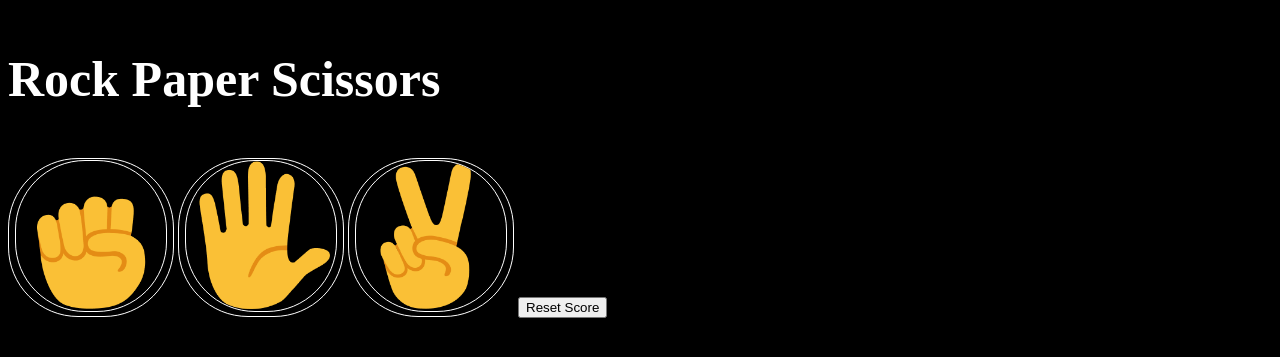
Repository: pgyunknown/Rock_paper_scissors-
Page: index.html
An editor plug-in stored every save of this project. The page is shown before and after the next save, followed by the edit.
The browser window is 1280 px wide. The pictures show the whole page.

Above is the page before, as saved 2024-08-30 17:05:21.

### index.html

<!DOCTYPE html>
<html>
  <head>
    <title>Rock Paper Scissors</title>
    <link rel="stylesheet" href="index.css">
  </head>
  <body>
    <p class="title">Rock Paper Scissors</p>
    <button onclick="
      playGame('rock');
    "class="emoji"><img src="images/rock-emoji.png" alt=""></button>

    <button onclick="
      playGame('paper');
    " class="emoji"><img src="images/paper-emoji.png" alt=""></button>

    <button onclick="
      playGame('scissors');
    " class="emoji"><img src="images/scissors-emoji.png" alt=""></button>

    <button onclick="
      score.wins = 0;
      score.losses = 0;
      score.ties = 0;
      localStorage.removeItem('score');
    ">Reset Score</button>

    <script src="index.js">

    </script>
  </body>
</html>

### index.css
body{
  background-color: black;
  color: white;
}
.title{
  font-size: 50px;
  font-weight: bold;
}

button img{
  height: 150px;
  width: 150px;
  background-color: black;
  border: 1px solid white;
  border-radius: 70px;
}
.emoji{
  background-color: black;
  border: none;
    border: 1px solid white;
  border-radius: 70px;
}

### index.js
      let score = JSON.parse(localStorage.getItem('score')) || {
        wins: 0,
        losses: 0,
        ties: 0
      };

      function pickComputerMove() {
        const randomNumber = Math.random();

        let computerMove = '';

        if (randomNumber >= 0 && randomNumber < 1 / 3) {
          computerMove = 'rock';
        } else if (randomNumber >= 1 / 3 && randomNumber < 2 / 3) {
          computerMove = 'paper';
        } else if (randomNumber >= 2 / 3 && randomNumber < 1) {
          computerMove = 'scissors';
      }

        return computerMove;
      }
      function playGame(playerMove) {
        const computerMove = pickComputerMove();

        let result = '';

        if (playerMove === 'scissors') {
          if (computerMove === 'rock') {
            result = 'You lose.';
          } else if (computerMove === 'paper') {
            result = 'You win.';
          } else if (computerMove === 'scissors') {
            result = 'Tie.';
          }

        } else if (playerMove === 'paper') {
          if (computerMove === 'rock') {
            result = 'You win.';
          } else if (computerMove === 'paper') {
            result = 'Tie.';
          } else if (computerMove === 'scissors') {
            result = 'You lose.';
          }

        } else if (playerMove === 'rock') {
          if (computerMove === 'rock') {
            result = 'Tie.';
          } else if (computerMove === 'paper') {
            result = 'You lose.';
          } else if (computerMove === 'scissors') {
            result = 'You win.';
          }
        }

        if (result === 'You win.') {
          score.wins += 1;
        } else if (result === 'You lose.') {
          score.losses += 1;
        } else if (result === 'Tie.') {
          score.ties += 1;
        }

        localStorage.setItem('score', JSON.stringify(score));

        alert(`You picked ${playerMove}. Computer picked ${computerMove}. ${result}
Wins: ${score.wins}, Losses: ${score.losses}, Ties: ${score.ties}`);
      }

After the next save:
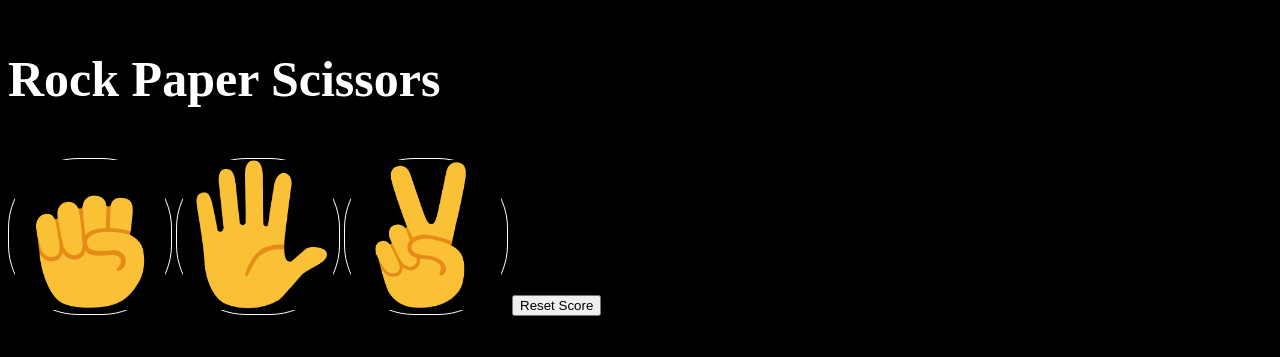
Saved 6 s later.
--- a/index.css
+++ b/index.css
@@ -11,8 +11,8 @@ button img{
   height: 150px;
   width: 150px;
   background-color: black;
-  border: 1px solid white;
-  border-radius: 70px;
+  /* border: 1px solid white;
+  border-radius: 70px; */
 }
 .emoji{
   background-color: black;
